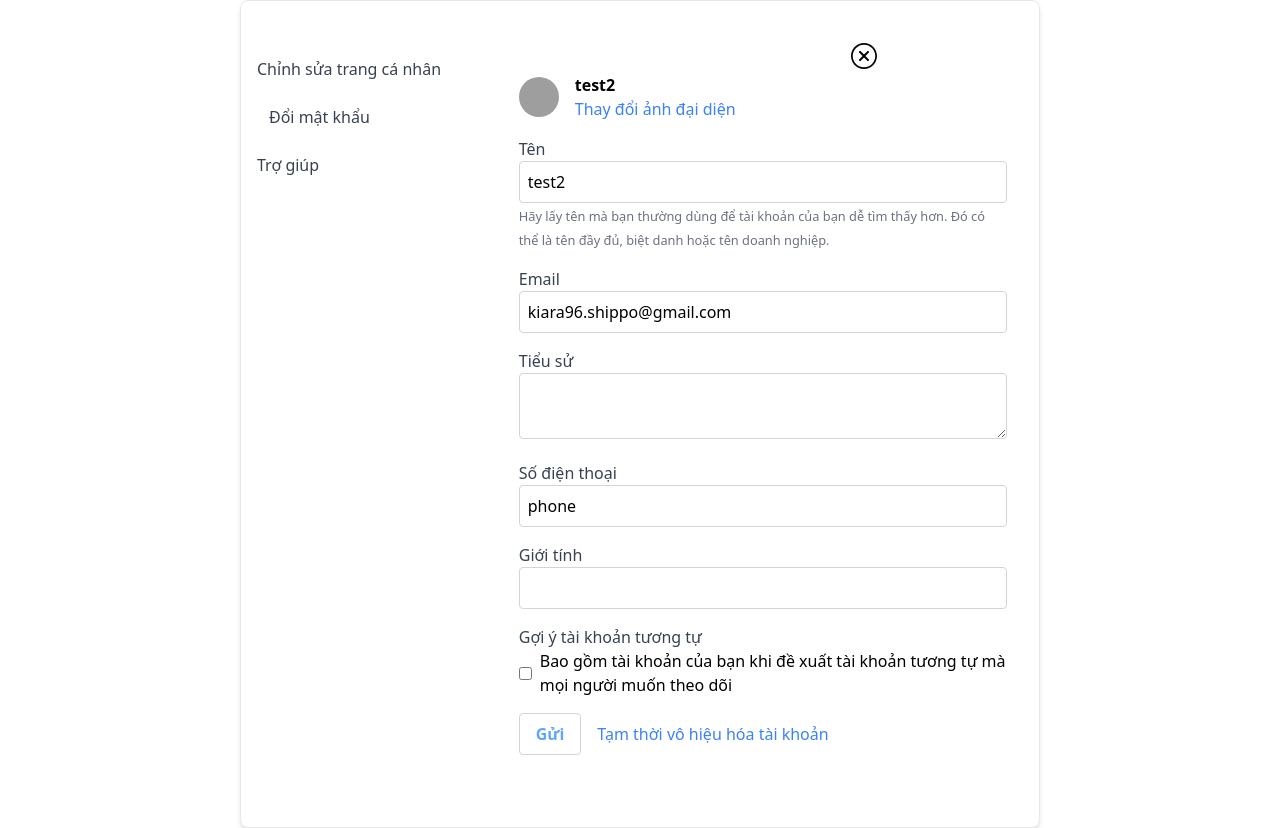
Repository: DangNgocDuong250903/2425_CS445AC_NHOM1
Page: /update_user (app in social_fe/)
These files come from the project's save history. The page is drawn as it stood at one moment and after a run of saves; the edit follows.
The browser window is 1280 px wide. The pictures show the whole page.
Pictures or frames that could not be fetched are drawn as grey boxes. The project was rebuilt for these pictures with package versions that can differ from the ones it lists, and the page was loaded fresh each time. Also part of the build but not shown: social_fe/vite.config.js, social_fe/src/components/Button/index.jsx, social_fe/src/assets/index.js, social_fe/src/components/FriendCard/index.jsx, social_fe/src/components/Loading/index.jsx, social_fe/src/components/PostCard/index.jsx, social_fe/src/components/ProfileCard/index.jsx, social_fe/src/components/TextInput/index.jsx and 8 more.

Above is the page before, as saved 2024-11-05 11:11:03.

### social_fe/index.html
<!DOCTYPE html>
<html lang="en">
  <head>
    <meta charset="UTF-8" />
    <link rel="icon" type="image/svg+xml" href="/public/logo.svg" />
    <meta name="viewport" content="width=device-width, initial-scale=1.0" />
    <title>LinkVerse</title>
  </head>
  <body>
    <div id="root"></div>
    <script type="module" src="/src/main.jsx"></script>
  </body>
</html>

### social_fe/src/main.jsx
import { StrictMode } from "react";
import { createRoot } from "react-dom/client";
import App from "./App.jsx";
import "./index.css";
import { store } from "./redux/store.js";
import { Provider } from "react-redux";
import { BrowserRouter } from "react-router-dom";

createRoot(document.getElementById("root")).render(
  <StrictMode>
    <Provider store={store}>
      <BrowserRouter>
        <App />
      </BrowserRouter>
    </Provider>
  </StrictMode>,
);

### social_fe/src/App.jsx
import { Outlet, Navigate, Route, Routes, useLocation } from "react-router-dom";
import {
  Home,
  Profile,
  Register,
  Login,
  ResetPassword,
  NotFound,
} from "./pages";
import { useSelector } from "react-redux";
import UpdateUser from "./pages/ProfilePage/updateUser";

const Layout = () => {
  const { user } = useSelector((state) => state.user);
  const location = useLocation();

  return user?.token ? (
    <Outlet />
  ) : (
    <Navigate to="/login" state={{ from: location }} replace />
  );
};

function App() {
  const { theme } = useSelector((state) => state.theme);

  return (
    <div data-theme={theme} className="w-full min-h-[100vh]">
      <Routes>
        <Route element={<Layout />}>
          <Route path="/" element={<Home />} />
          <Route path="/profile" element={<Profile />} />
          <Route path="/update_user" element={<UpdateUser />} />


        </Route>

        <Route path="/register" element={<Register />} />
        <Route path="/login" element={<Login />} />
        <Route path="/reset-password" element={<ResetPassword />} />
        <Route path="*" element={<NotFound />} />
      </Routes>
    </div >
  );
}

export default App;

### social_fe/src/index.css
@tailwind base;
@tailwind components;
@tailwind utilities;

::-webkit-scrollbar {
    display: none;
     -ms-overflow-style: none;  /* IE and Edge */
    scrollbar-width: none;
  }

  .topbar{
  position: sticky;
  top: 0px;
  z-index: 49;
  }


  .dots-container {
    display: flex;
    align-items: center;
    justify-content: center;
    height: 100%;
    width: 100%;
    margin-bottom: 5px;
  }

  .dot {
    height: 12px;
    width: 12px;
    margin-right: 10px;
    border-radius: 10px;
    background-color: #fff;
    animation: pulse 1.5s infinite ease-in-out;
  }

  .dot:last-child {
    margin-right: 0;
  }

  .dot:nth-child(1) {
    animation-delay: -0.3s;
  }

  .dot:nth-child(2) {
    animation-delay: -0.1s;
  }

  .dot:nth-child(3) {
    animation-delay: 0.1s;
  }

  @keyframes pulse {
    0% {
      transform: scale(0.8);
      background-color: #b3d4fc;
      box-shadow: 0 0 0 0 rgba(178, 212, 252, 0.7);
    }

    50% {
      transform: scale(1.2);
      background-color: #4b79e4;
      box-shadow: 0 0 0 10px rgba(178, 212, 252, 0);
    }

    100% {
      transform: scale(0.8);
      background-color: #2584f8;
      box-shadow: 0 0 0 0 rgba(178, 212, 252, 0.7);
    }
  }

  @layer base {
    :root {
      --color-bg: 227 227 227;
      --color-primary: 255 255 255;
      --color-secondary:255 255 255;
      --color-ascent1: 0 0 0;
      --color-ascent2: 89 91 100;
      --color-blue: 6 90 216;
      --color-white: 255 255 255;

    }
    /* //15 23 42  21 30 49*/
    [data-theme="dark"] {
       --color-bg: 12 12 12;
       --color-primary: 31 31 31;
      --color-secondary: 47 45 48;
      --color-ascent1: 255 255 255;
      --color-ascent2: 164 161 162;
      --color-blue: 6 90 216;
      /* //16 176 255; */
      --color-white: 255 255 255;
    }
  }

### social_fe/src/redux/store.js
import { configureStore } from "@reduxjs/toolkit";

import { rootReducer } from "./reducer";

const store = configureStore({
  reducer: rootReducer,
});

const { dispatch } = store;

export { store, dispatch };

### social_fe/src/pages/index.js
import Home from "./HomePage";
import Login from "./LoginPage";
import NotFound from "./NotFoundPage";
import Profile from "./ProfilePage";
import Register from "./RegisterPage";
import ResetPassword from "./ResetPasswordPage";

export { Home, Login, NotFound, Profile, Register, ResetPassword };

### social_fe/src/pages/ProfilePage/updateUser.jsx
import React, { useState } from 'react';
import { Link, useNavigate } from 'react-router-dom';
import { IoIosCloseCircleOutline } from "react-icons/io";

const UpdateUser = () => {
    const [selectedLink, setSelectedLink] = useState(null);
    const navigate = useNavigate()
    const handleLinkClick = (linkIndex) => {
        setSelectedLink(linkIndex);
    };
    return (
        <div className="flex w-[800px] mx-auto pt-10 pb-10 border border-gray-200 shadow-md rounded-lg ">
            <IoIosCloseCircleOutline onClick={() => navigate("/")} className="absolute w-8 h-8 cursor-pointer top-10 right-[400px] hover:text-red-400 " />
            <div className="w-1/3 p-4 bg-white rounded-md ">
                <ul className="flex flex-col ">

                    <Link

                        onClick={() => handleLinkClick(1)}
                        className={`mb-4 font-medium hover:bg-gray-200 ${selectedLink === 1 ? 'text-blue-500' : 'text-gray-700'}`}
                    >
                        Chỉnh sửa trang cá nhân
                    </Link>


                    <Link

                        onClick={() => handleLinkClick(2)}
                        className={`mb-4 font-medium hover:bg-gray-200 px-3 py-2 rounded-lg ${selectedLink === 2 ? 'text-blue-500' : 'text-gray-700'}`}
                    >
                        Đổi mật khẩu
                    </Link>


                    <Link

                        onClick={() => handleLinkClick(3)}
                        className={`mb-4 font-medium hover:bg-gray-200 ${selectedLink === 3 ? 'text-blue-500' : 'text-gray-700'}`}
                    >
                        Trợ giúp
                    </Link>
                </ul>
            </div>
            <div className="w-3/4 p-8">
                <div className="flex items-center mb-4">
                    <img src="https://mighty.tools/mockmind-api/content/human/5.jpg" alt="User avatar" className="w-10 h-10 mr-4 rounded-full" />
                    <div>
                        <div className="font-bold">test2</div>
                        <a href="#" className="text-blue-500">Thay đổi ảnh đại diện</a>
                    </div>
                </div>
                <form>
                    <div className="mb-4">
                        <label className="block text-gray-700">Tên</label>
                        <input type="text" value="test2" className="w-full p-2 border border-gray-300 rounded" />
                        <small className="text-gray-500">Hãy lấy tên mà bạn thường dùng để tài khoản của bạn dễ tìm thấy hơn. Đó có thể là tên đầy đủ, biệt danh hoặc tên doanh nghiệp.</small>
                    </div>
                    <div className="mb-4">
                        <label className="block text-gray-700">Email</label>
                        <input type="email" value="kiara96.shippo@gmail.com" className="w-full p-2 border border-gray-300 rounded" />
                    </div>
                    <div className="mb-4">
                        <label className="block text-gray-700">Tiểu sử</label>
                        <textarea className="w-full p-2 border border-gray-300 rounded"></textarea>
                    </div>
                    <div className="mb-4">
                        <label className="block text-gray-700">Số điện thoại</label>
                        <input type="text" value="phone" className="w-full p-2 border border-gray-300 rounded" />
                    </div>
                    <div className="mb-4">
                        <label className="block text-gray-700">Giới tính</label>
                        <input type="text" className="w-full p-2 border border-gray-300 rounded" />
                    </div>
                    <div className="mb-4">
                        <label className="block text-gray-700">Gợi ý tài khoản tương tự</label>
                        <div className="flex items-center">
                            <input type="checkbox" className="mr-2" />
                            <span>Bao gồm tài khoản của bạn khi đề xuất tài khoản tương tự mà mọi người muốn theo dõi</span>
                        </div>
                    </div>
                    <div className="flex items-center">
                        <button type="submit" className="px-4 py-2 mr-4 font-semibold text-blue-400 bg-transparent border border-gray-300 rounded hover:text-white hover:bg-blue-400">Gửi</button>
                        <button type="button" className="text-blue-500">Tạm thời vô hiệu hóa tài khoản</button>
                    </div>
                </form>
            </div>
        </div>
    );
};

export default UpdateUser;

### social_fe/src/redux/reducer.js
import { combineReducers } from "@reduxjs/toolkit";

import postSlice from "./Slices/postSlice";
import themeSlice from "./Slices/theme";
import userSlice from "./Slices/userSlice";

const rootReducer = combineReducers({
  user: userSlice,
  theme: themeSlice,
  posts: postSlice,
});

export { rootReducer };

### social_fe/src/redux/Slices/postSlice.js
import { createSlice } from "@reduxjs/toolkit";

const initialState = {
  posts: {},
};

const postSlice = createSlice({
  name: "post",
  initialState,
  reducers: {
    getPosts(state, action) {
      state.posts = action.payload;
    },
  },
});

export default postSlice.reducer;

export function SetPosts(post) {
  return (dispatch) => {
    dispatch(postSlice.actions.getPosts(post));
  };
}

### social_fe/src/redux/Slices/theme.js
import { createSlice } from "@reduxjs/toolkit";

const initialState = {
  theme: JSON.parse(window?.localStorage.getItem("theme")) ?? "dark",
};

const themeSlice = createSlice({
  name: "theme",
  initialState,
  reducers: {
    setTheme(state, action) {
      state.theme = action.payload;
      localStorage.setItem("theme", JSON.stringify(action.payload));
    },
  },
});

export default themeSlice.reducer;

export function SetTheme(value) {
  return (dispatch) => {
    dispatch(themeSlice.actions.setTheme(value));
  };
}

### social_fe/src/redux/Slices/userSlice.js
import { createSlice } from "@reduxjs/toolkit";

import { user } from "../../assets/data";

const initialState = {
  user: JSON.parse(window?.localStorage.getItem("user")) ?? user,
  edit: false,
};

const userSlice = createSlice({
  name: "user",
  initialState,
  reducers: {
    login(state, action) {
      state.user = action.payload;
      localStorage.setItem("user", JSON.stringify(action.payload));
    },
    logout(state) {
      state.user = null;
      localStorage?.removeItem("user");
    },
    updateProfile(state, action) {
      state.edit = action.payload;
    },
  },
});
export default userSlice.reducer;

export function UserLogin(user) {
  return (dispatch) => {
    dispatch(userSlice.actions.login(user));
  };
}

export function Logout() {
  return (dispatch) => {
    dispatch(userSlice.actions.logout());
  };
}

export function UpdateProfile(val) {
  return (dispatch) => {
    dispatch(userSlice.actions.updateProfile(val));
  };
}

### social_fe/tailwind.config.js
/** @type {import('tailwindcss').Config} */
export default {
  content: [
    "./index.html",
    "./src/**/*.{js,ts,jsx,tsx}",
  ],
  theme: {
    extend: {
      colors: {
        bgColor: "rgb(var(--color-bg) / <alpha-value>)",
        primary: "rgb(var(--color-primary) / <alpha-value>)",
        secondary: "rgb(var(--color-secondary) / <alpha-value>)",
        customBlue: "rgb(var(--color-blue) / <alpha-value>)",
        white: "rgb(var(--color-white) / <alpha-value>)",
        ascent: {
          1: "rgb(var(--color-ascent1) / <alpha-value>)",
          2: "rgb(var(--color-ascent2) / <alpha-value>)",
        },
      },
      screens: {
        sm: "640px",

        md: "768px",

        lg: "1024px",

        xl: "1280px",

        "2xl": "1536px",
      },
      extend: {
      },
    },
    plugins: [],
  }
}

Loaded but not shown: social_fe/src/assets/data.js (508 lines, source omitted)

After the next 2 saves:
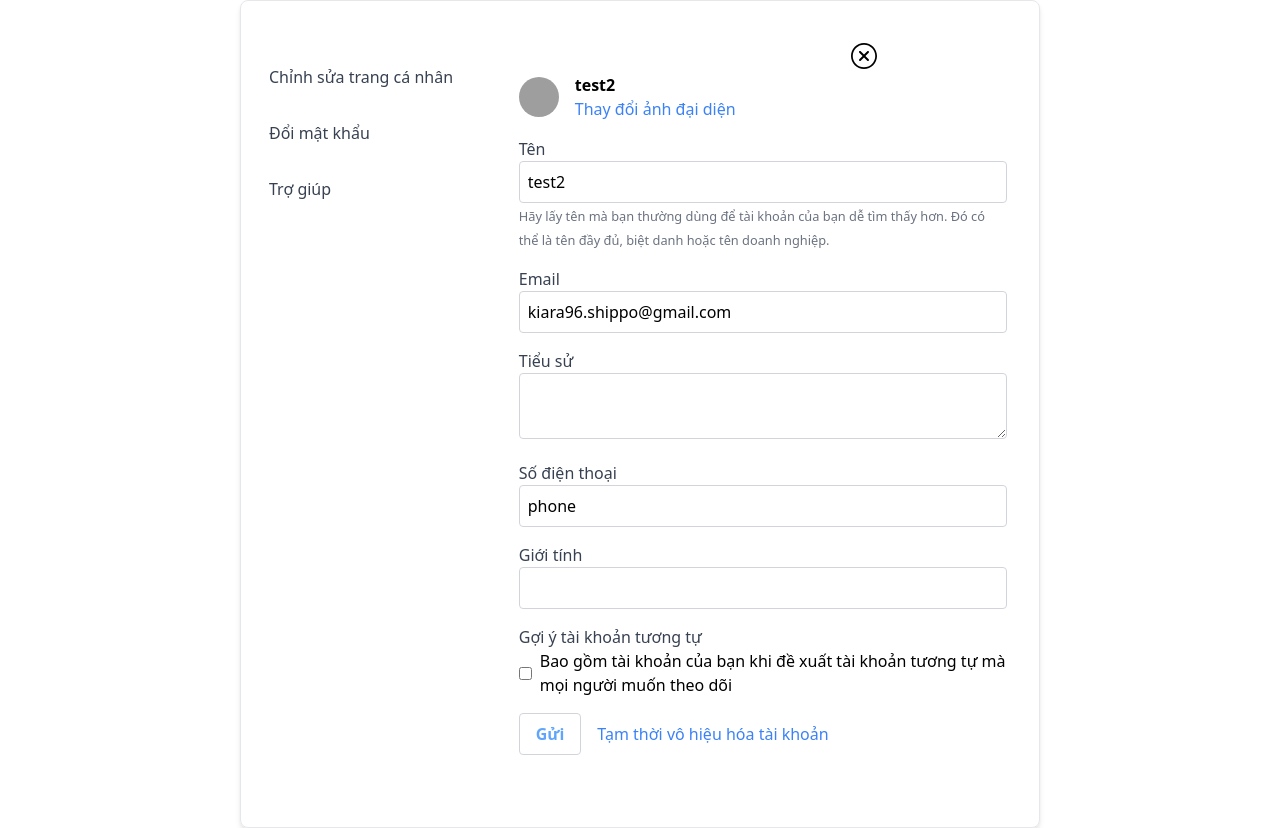
The 2 saves are shown as one change because they came seconds apart.
The last was saved 64 s later.
--- a/social_fe/src/pages/ProfilePage/updateUser.jsx
+++ b/social_fe/src/pages/ProfilePage/updateUser.jsx
@@ -17,7 +17,7 @@ const UpdateUser = () => {
                     <Link
 
                         onClick={() => handleLinkClick(1)}
-                        className={`mb-4 font-medium hover:bg-gray-200 ${selectedLink === 1 ? 'text-blue-500' : 'text-gray-700'}`}
+                        className={`mb-4 font-medium hover:bg-gray-200 px-3 py-2 rounded-lg ${selectedLink === 1 ? 'text-blue-500' : 'text-gray-700'}`}
                     >
                         Chỉnh sửa trang cá nhân
                     </Link>
@@ -35,7 +35,7 @@ const UpdateUser = () => {
                     <Link
 
                         onClick={() => handleLinkClick(3)}
-                        className={`mb-4 font-medium hover:bg-gray-200 ${selectedLink === 3 ? 'text-blue-500' : 'text-gray-700'}`}
+                        className={`mb-4 font-medium hover:bg-gray-200 px-3 py-2 rounded-lg ${selectedLink === 3 ? 'text-blue-500' : 'text-gray-700'}`}
                     >
                         Trợ giúp
                     </Link>
